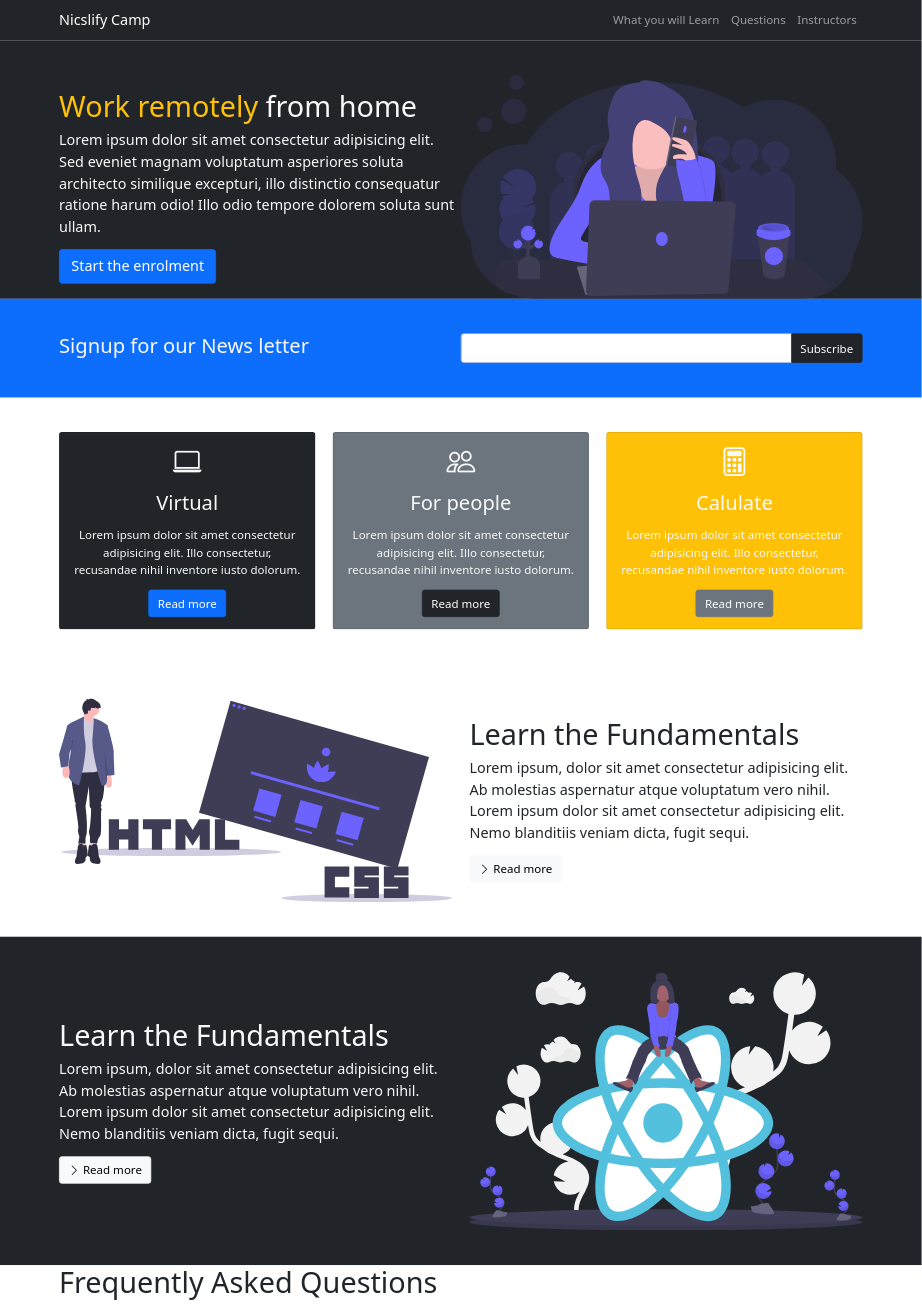
Repository: Eugene44-hub/enrollment-site
Page: index.html
An editor plug-in stored every save of this project. The page is shown before and after the next save, followed by the edit.
The browser window is 1280 px wide. The pictures show the whole page, at 72% of full size.
Some web libraries are served in a nearby version.

Above is the page before, as saved 2021-10-20 14:03:55.

### index.html
<!DOCTYPE html>
<html lang="en">

<head>
    <meta charset="UTF-8">
    <meta http-equiv="X-UA-Compatible" content="IE=edge">
    <meta name="viewport" content="width=device-width, initial-scale=1.0">
    <!-- CSS only -->
    <link href="https://cdn.jsdelivr.net/npm/bootstrap@5.1.3/dist/css/bootstrap.min.css" rel="stylesheet" integrity="sha384-1BmE4kWBq78iYhFldvKuhfTAU6auU8tT94WrHftjDbrCEXSU1oBoqyl2QvZ6jIW3" crossorigin="anonymous">
    <link rel="stylesheet" href="https://cdn.jsdelivr.net/npm/bootstrap-icons@1.6.1/font/bootstrap-icons.css">
    <link rel="stylesheet" href="style.css">
    <title>Bootstrap webpage</title>
</head>

<body>
    <!-- nav bar starts -->
    <nav class="navbar navbar-expand-md bg-dark navbar-dark">
        <div class="container">
            <a href="" class="navbar-brand">Nicslify Camp</a>

            <button class="navbar-toggler" type="button" data-bs-toggle='collapse' data-bs-target="#navmenu">
              <span class="navbar-toggler-icon"></span>
            </button>

            <div class="collapse navbar-collapse" id="navmenu">
                <ul class="navbar-nav ms-auto text-center text-sm-start">
                    <li class="nav-item">
                        <a href="#learn" class="nav-link">What you will Learn</a>
                    </li>
                    <li class="nav-item">
                        <a href="#" class="nav-link">Questions</a>
                    </li>
                    <li class="nav-item">
                        <a href="#" class="nav-link">Instructors</a>
                    </li>
                </ul>
            </div>
        </div>
    </nav>
    <!-- nav bar ends -->


    <!-- showCase starts -->
    <section class="bg-dark text-light text-center text-sm-start p-lg-0 pt-5 pb-5">
        <div class="container">
            <div class="d-md-flex pt-5 align-items-center">
                <div class="">
                    <div class="h1 "><span class="text-warning">Work remotely</span> from home</div>
                    <p class="lead">Lorem ipsum dolor sit amet consectetur adipisicing elit. Sed eveniet magnam voluptatum asperiores soluta architecto similique excepturi, illo distinctio consequatur ratione harum odio! Illo odio tempore dolorem soluta sunt ullam.</p>
                    <button class="btn btn-primary btn-lg ">Start the enrolment</button>
                </div>
                <img src="undraw_working_remotely_jh40.svg" class="img-fluid w-50 d-none d-md-block" alt="">
            </div>
        </div>
    </section>
    <!-- showCase ends -->

    <!-- signup starts -->
    <section class="bg-primary text-light p-5">
        <div class="container">
            <div class="d-md-flex justify-content-between">
                <p class="h3">Signup for our News letter</p>
                <div class="input-group" id="input-field">
                    <input type="text" class="form-control">
                    <button type="button" class="btn btn-dark">Subscribe</button>
                </div>
            </div>
        </div>
    </section>
    <!-- signup ends -->

    <!-- boxes starts -->
    <section class="my-5">
        <div class="container">
            <div class="row g-4">
                <div class="col-md">
                    <div class="card bg-dark text-center text-light ">
                        <div class="card-body">
                            <div class="h1 mb-3"><i class="bi bi-laptop"></i></div>
                            <div class="card-title h3 mb-3">Virtual</div>
                            <div class="card-text">
                                Lorem ipsum dolor sit amet consectetur adipisicing elit. Illo consectetur, recusandae nihil inventore iusto dolorum.
                            </div>
                            <a href="" class="btn btn-primary mt-3">Read more</a>
                        </div>
                    </div>


                </div>
                <div class="col-md">
                    <div class="card bg-secondary text-center text-light ">
                        <div class="card-body">
                            <div class="h1 mb-3"><i class="bi bi-people"></i></div>
                            <div class="card-title h3 mb-3">For people</div>
                            <div class="card-text">
                                Lorem ipsum dolor sit amet consectetur adipisicing elit. Illo consectetur, recusandae nihil inventore iusto dolorum.
                            </div>
                            <a href="" class="btn btn-dark mt-3">Read more</a>
                        </div>
                    </div>
                </div>
                <div class="col-md">
                    <div class="card bg-warning text-center text-light ">
                        <div class="card-body">
                            <div class="h1 mb-3"><i class="bi bi-calculator"></i></div>
                            <div class="card-title h3 mb-3">Calulate</div>
                            <div class="card-text">
                                Lorem ipsum dolor sit amet consectetur adipisicing elit. Illo consectetur, recusandae nihil inventore iusto dolorum.
                            </div>
                            <a href="" class="btn btn-secondary mt-3">Read more</a>
                        </div>
                    </div>
                </div>
            </div>
        </div>
    </section>
    <!-- boxes starts -->

    <!-- learn section starts -->
    <section class="p-5" id=learn>
        <div class="container">
            <div class="row align-items-center">

                <div class="col-md">
                    <img src=" frontend.svg " class="img-fluid">
                </div>



                <div class="col-md mt-5 mt-md-0 ">
                    <h1>Learn the Fundamentals</h1>
                    <p class="lead ">
                        Lorem ipsum, dolor sit amet consectetur adipisicing elit. Ab molestias aspernatur atque voluptatum vero nihil. <br> Lorem ipsum dolor sit amet consectetur adipisicing elit. Nemo blanditiis veniam dicta, fugit sequi.
                    </p>
                    <a href=# class="btn btn-light"><i class="bi bi-chevron-right"></i> Read more</a>
                </div>
            </div>
        </div>
    </section>

    <section class="p-5 bg-dark text-light" id=learn>
        <div class="container">
            <div class="row align-items-center">

                <div class="col-md">
                    <h1>Learn the Fundamentals</h1>
                    <p class="lead ">
                        Lorem ipsum, dolor sit amet consectetur adipisicing elit. Ab molestias aspernatur atque voluptatum vero nihil. <br> Lorem ipsum dolor sit amet consectetur adipisicing elit. Nemo blanditiis veniam dicta, fugit sequi.
                    </p>
                    <a href=# class="btn btn-light"><i class="bi bi-chevron-right"></i> Read more</a>
                </div>

                <div class="col-md   mt-5 mt-md-0 ">
                    <img src=" react.svg " class="img-fluid">
                </div>
            </div>
        </div>
    </section>
    <!-- learn section ends -->

    <!-- Questions starts -->
    <section>
        <div class="container">
            <h1 class="center">Frequently Asked Questions</h1>
        </div>

    </section>
    <!-- Questions ends -->

</body>
<!-- JavaScript Bundle with Popper -->
<script src="https://cdn.jsdelivr.net/npm/bootstrap@5.1.3/dist/js/bootstrap.bundle.min.js " integrity="sha384-ka7Sk0Gln4gmtz2MlQnikT1wXgYsOg+OMhuP+IlRH9sENBO0LRn5q+8nbTov4+1p " crossorigin="anonymous "></script>

</html>

### style.css
@media screen and (min-width:768px) {
    #input-field {
        width: 50%;
    }
}

After the next save:
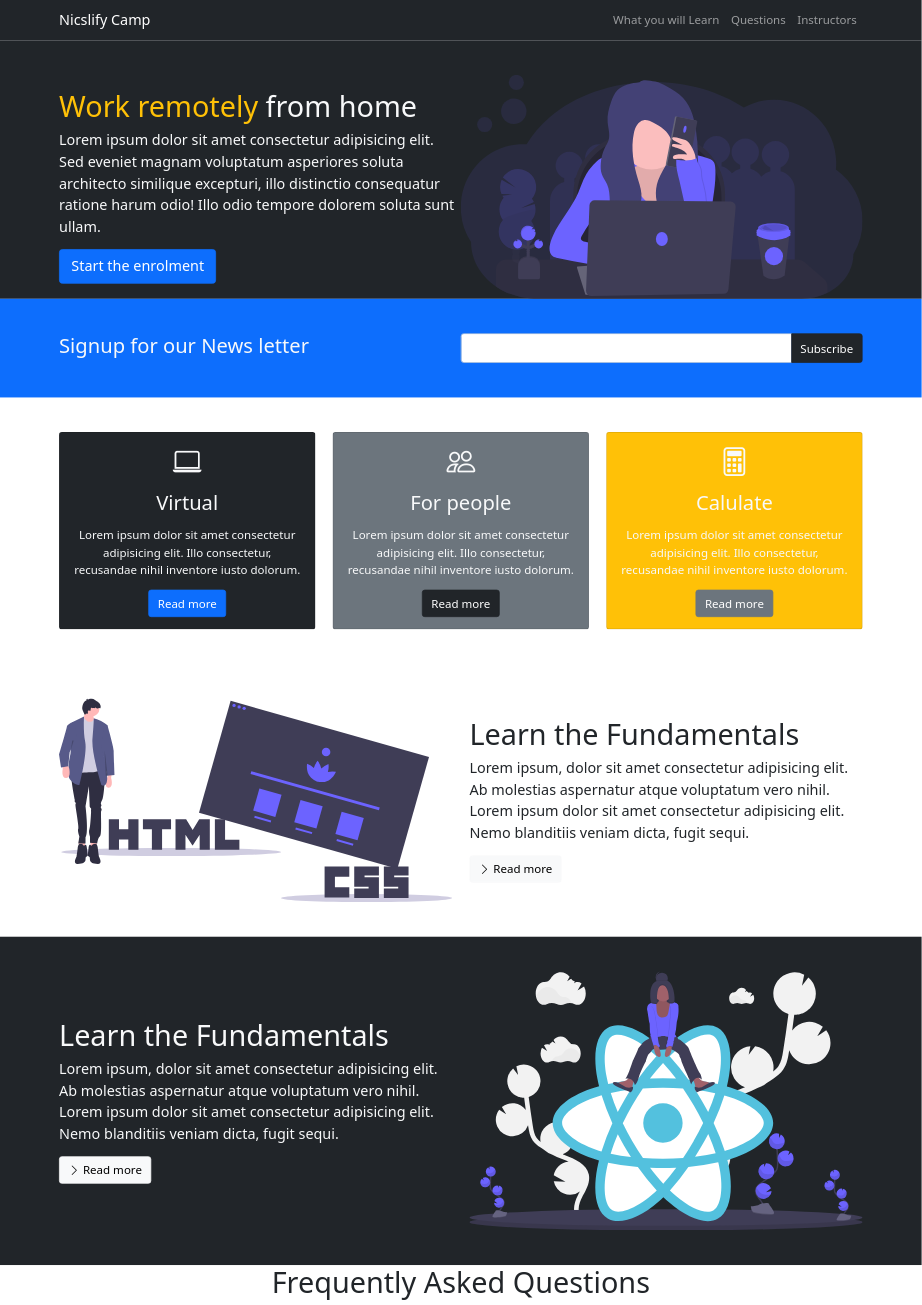
Saved 14 s later.
--- a/index.html
+++ b/index.html
@@ -161,7 +161,7 @@
     <!-- Questions starts -->
     <section>
         <div class="container">
-            <h1 class="center">Frequently Asked Questions</h1>
+            <h1 class="text-center">Frequently Asked Questions</h1>
         </div>
 
     </section>
